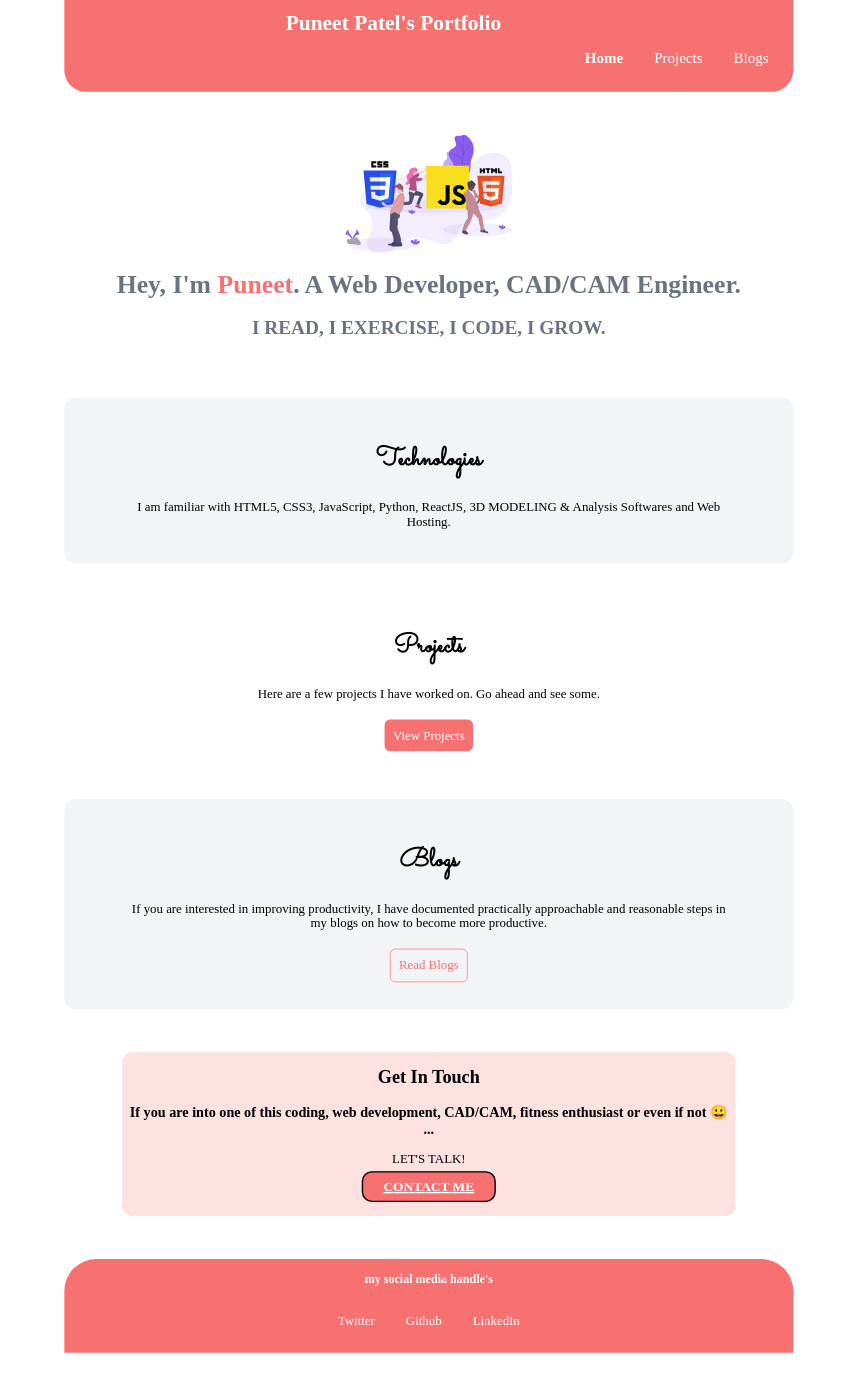
Repository: PuneetP16/Portfolio
Page: index.html
These files come from the project's save history. The page is drawn as it stood at one moment and after the next save; the edit follows.
The browser window is 1280 px wide. The pictures show the whole page, at 67% of full size.
Some web fonts or font styles are not loaded; a fallback is used.

Above is the page before, as saved 2021-12-10 10:51:27.

After the next save:
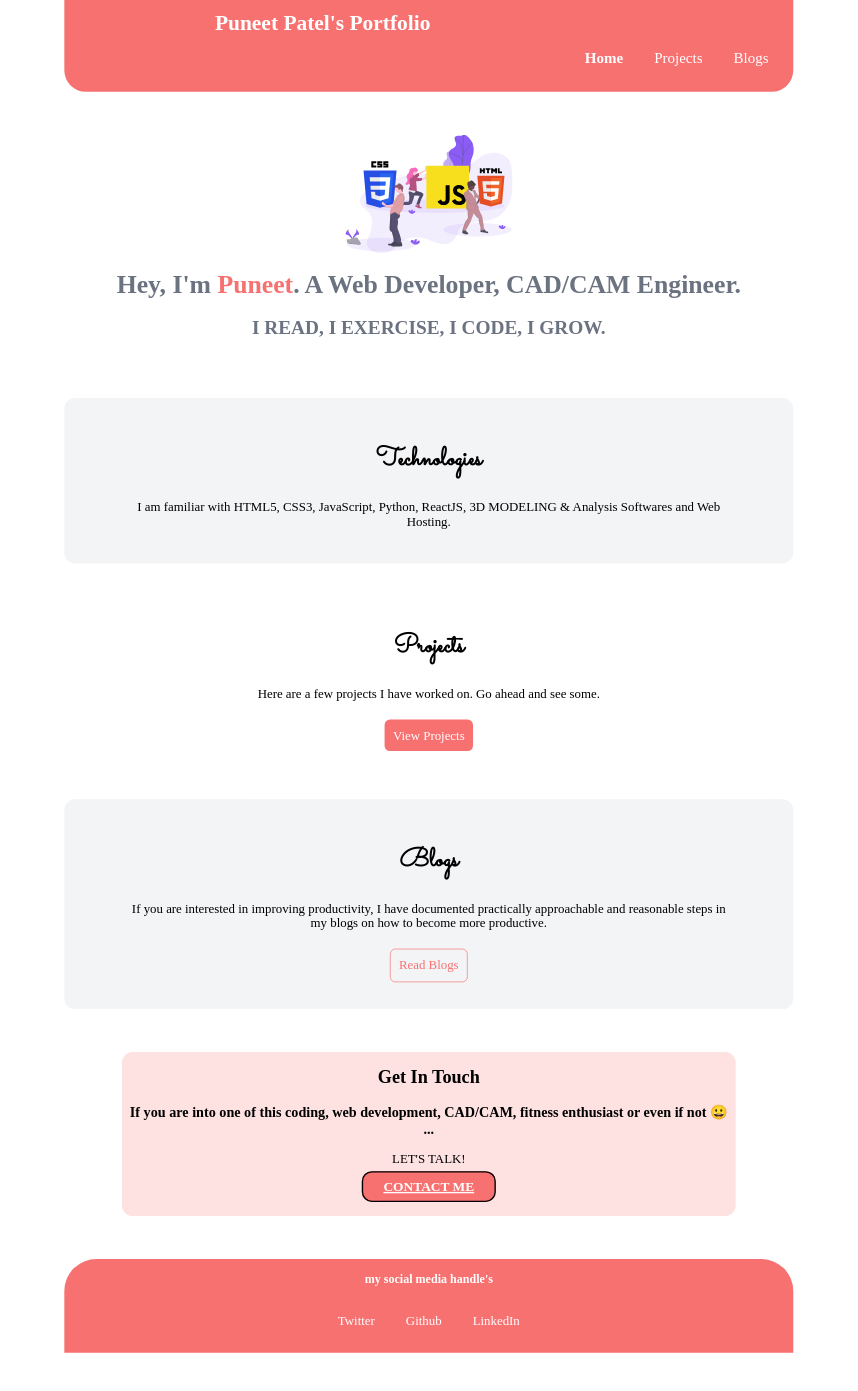
Saved 6 s later.
--- a/style.css
+++ b/style.css
@@ -60,7 +60,7 @@ hr {
   font-size: 2rem;
   margin: auto;
   text-align: center;
-  margin-right: 10%;
+  margin-right: 30%;
 }
 
 /** Lists **/
